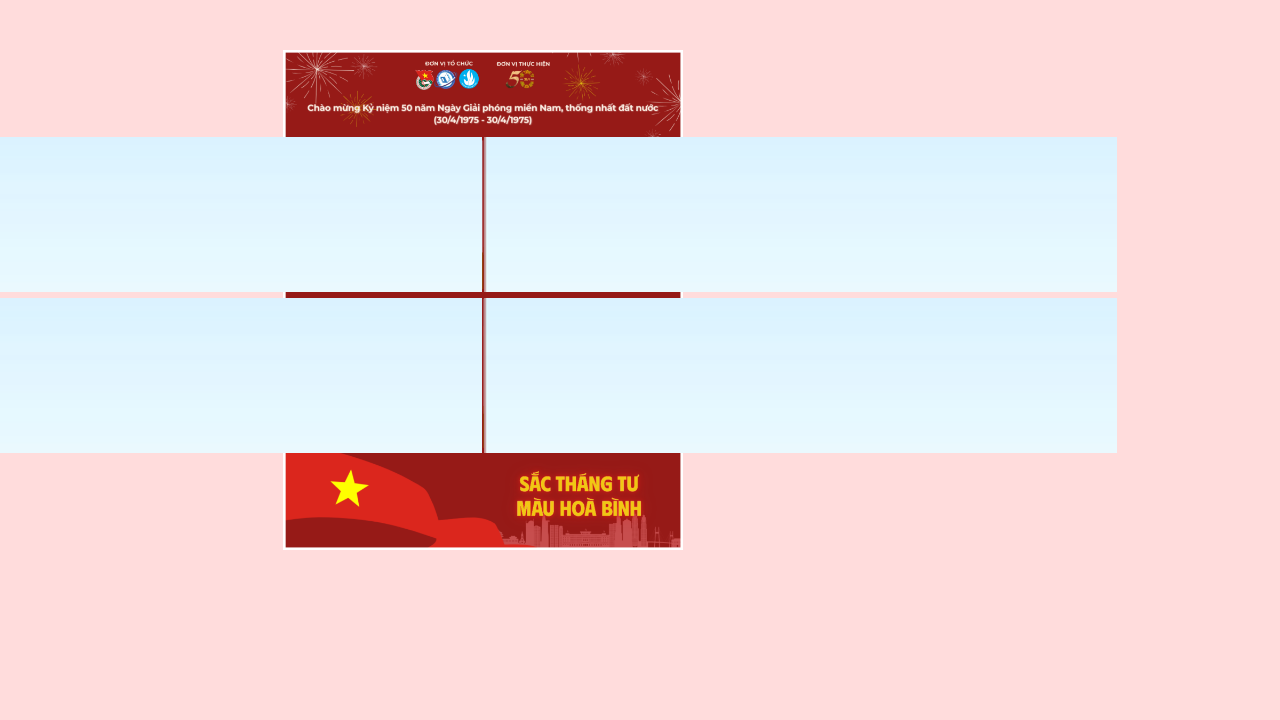
Repository: nguyentambinh/tuoitretdmu
Page: http://localhost/
The author's editor kept a copy of each file at every save. The page is drawn from the files as they stood at one save, then again after the next save.
The browser window is 1280 px wide. The pictures show the whole page.
The page is run by PHP 8.4 with error messages shown; the project is at /var/www/html/.

Above is the page before, as saved 2025-04-10 15:33:19.

After the next save:
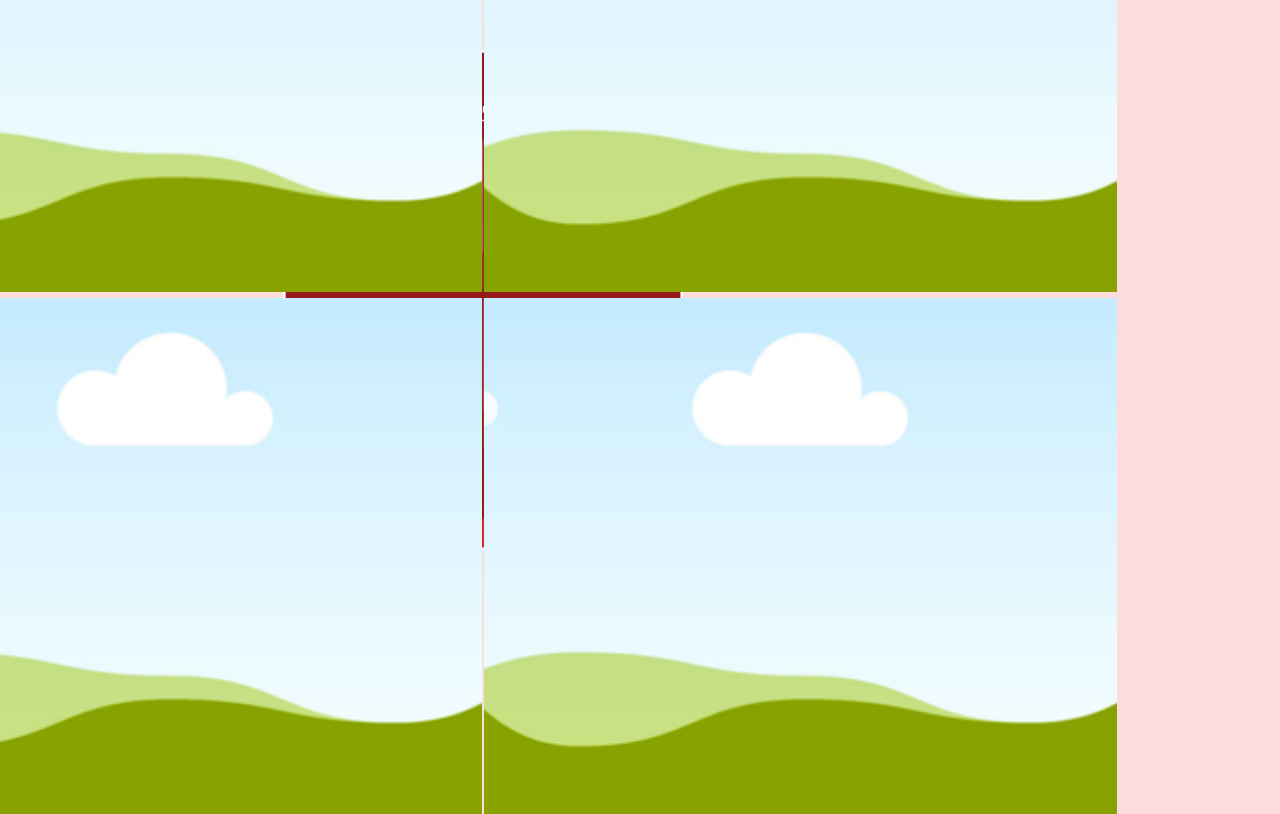
Saved 5 s later.
--- a/main.css
+++ b/main.css
@@ -48,7 +48,7 @@ body {
 
 .img-sub {
     width: 633px;
-    height: 155px;
+    height: 516px;
     object-fit: cover;
     background-size: contain;
 }
